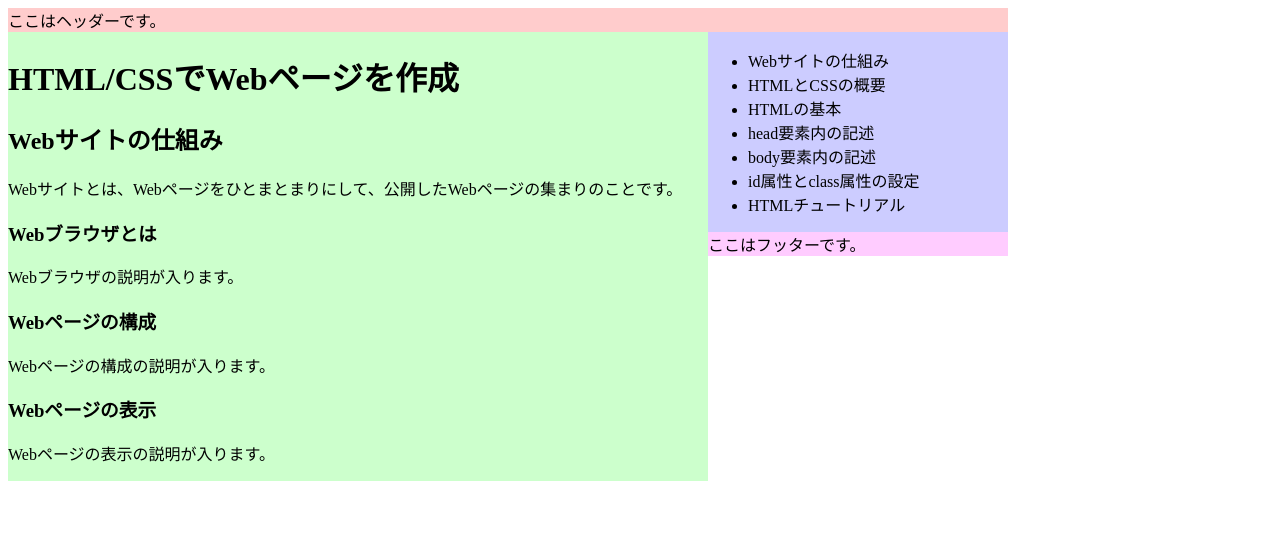
Repository: mikakoakai/kadai-tasklist4
Page: kadai-html.html
The author's editor kept a record of every edit. The page is drawn from the files as they stood at one moment, then again after the next edit.
The browser window is 1280 px wide. The pictures show the whole page.

Above is the page before.

After the next edit:
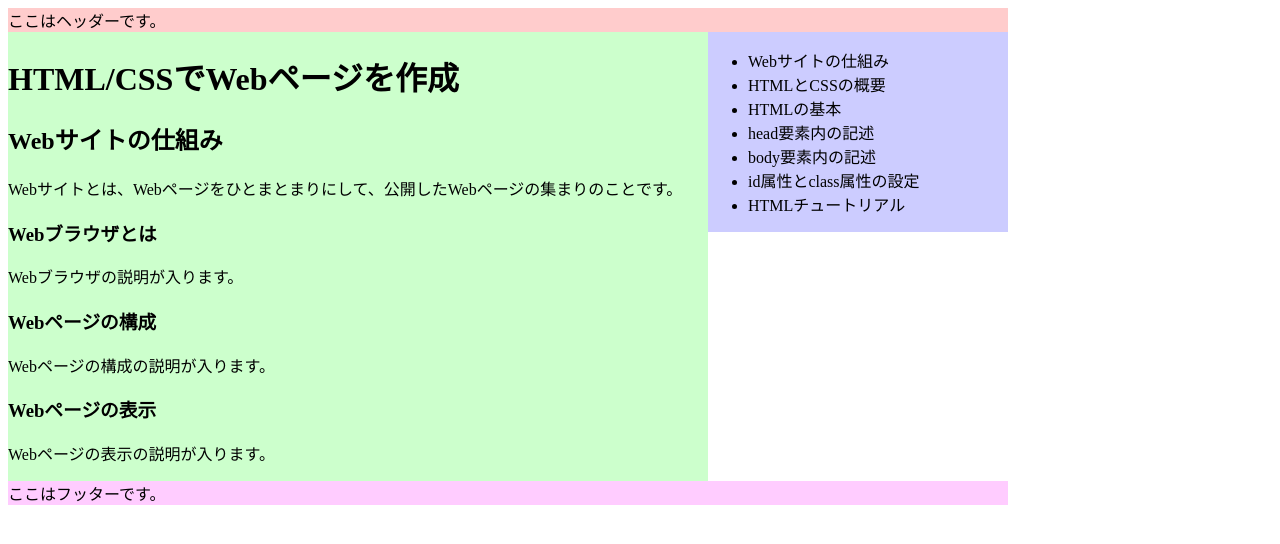
The edit:
--- a/kadai-css.css
+++ b/kadai-css.css
@@ -10,3 +10,6 @@ header{background-color: #ffcccc;}
     width:700px;
 }
 footer{background-color: #ffccff}
+#wrapper{
+    overflow: hidden
+}
